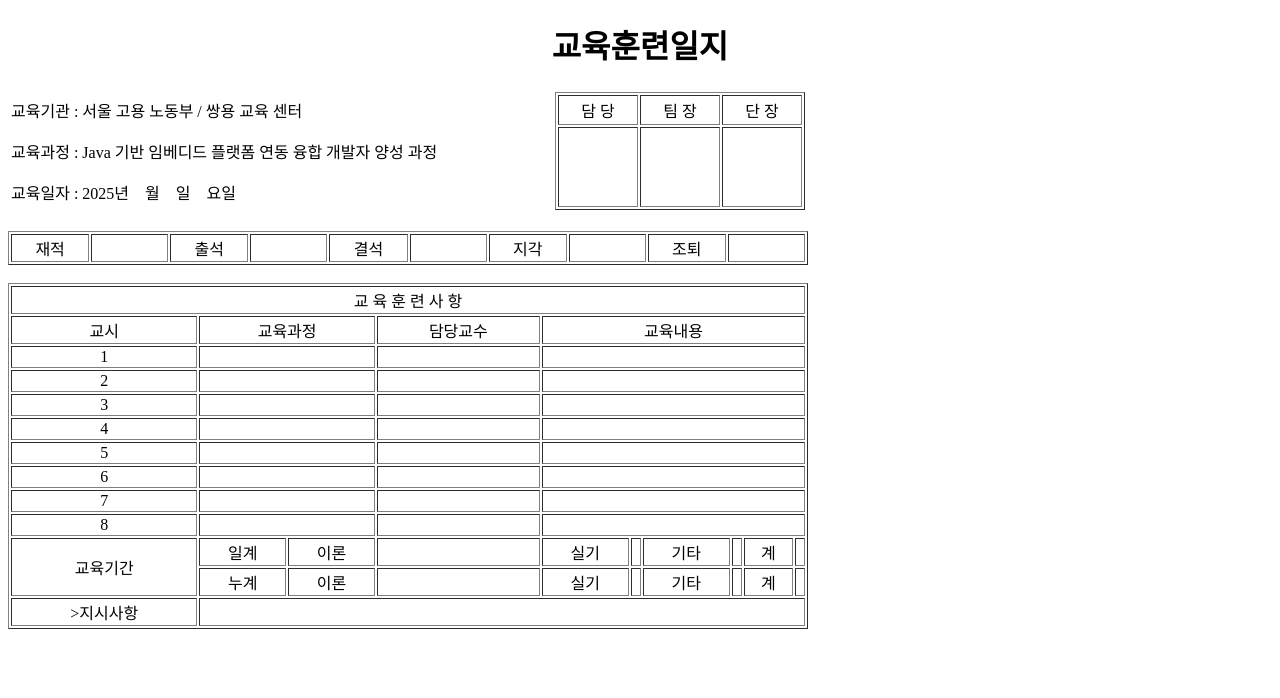
Repository: dnjs0/HCJ
Page: ClientTest/src/main/webapp/html/q12.html
The author's editor kept a copy of each file at every save. The page is drawn from the files as they stood at one save, then again after the next save.
The browser window is 1280 px wide. The pictures show the whole page.

Above is the page before, as saved 2025-02-12 08:27:35.

### ClientTest/src/main/webapp/html/q12.html
<!DOCTYPE html>
<html lang="ko">
<head>
	<meta charset="UTF-8">
	<title>Insert title here</title>
</head>
<body >
    <h1 align="center">교육훈련일지</h1>
    <table width = "800">
        <tr>
            <td width = "550">교육기관 : 서울 고용 노동부 / 쌍용 교육 센터</td>
            <td rowspan="3">
                <table border = "1" width = "250" height = "110">
                    <tr height = "30" >
                        <td  align="center">담 당</td>
                        <td  align="center">팀 장</td>
                        <td  align="center">단 장</td>
                    </tr>
                    <tr height = "80">
                        <td></td>
                        <td></td>
                        <td></td>
                    </tr>
                </table>
            </td>
        </tr>
        <tr>
            <td>교육과정 : Java 기반 임베디드 플랫폼 연동 융합 개발자 양성 과정</td>
        </tr>
        <tr>
            <td>교육일자 : 2025년&nbsp;&nbsp;&nbsp;&nbsp;월&nbsp;&nbsp;&nbsp;&nbsp;일&nbsp;&nbsp;&nbsp;&nbsp;요일</td>
        </tr>
    </table>

    <br>

    <table border = "1" width = "800">
        <tr>
            <td align="center" width = "80">재적</td>
            <td align="center" width = "80"></td>
            <td align="center" width = "80">출석</td>
            <td align="center" width = "80"></td>
            <td align="center" width = "80">결석</td>
            <td align="center" width = "80"></td>
            <td align="center" width = "80">지각</td>
            <td align="center" width = "80"></td>
            <td align="center" width = "80">조퇴</td>
            <td align="center" width = "80"></td>
        </tr>
    </table>

    <br>

    <table border = "1" width = "800">
        <tr>
            <td align="center" colspan="10">교 육 훈 련 사 항</td>
        </tr>
        <tr>
            <td align="center">교시</td>
            <td align="center" colspan="2">교육과정</td>
            <td align="center">담당교수</td>
            <td align="center" colspan="6">교육내용</td>
        </tr>
        <tr>
            <td align="center">1</td>
            <td align="center" colspan="2"></td>
            <td align="center"></td>
            <td align="center" colspan="6"></td>
        </tr>
        <tr>
            <td align="center">2</td>
            <td align="center" colspan="2"></td>
            <td align="center"></td>
            <td align="center" colspan="6"></td>
        </tr>
        <tr>
            <td align="center">3</td>
            <td align="center" colspan="2"></td>
            <td align="center"></td>
            <td align="center" colspan="6"></td>
        </tr>
        <tr>
            <td align="center">4</td>
            <td align="center" colspan="2"></td>
            <td align="center"></td>
            <td align="center" colspan="6"></td>
        </tr>
        <tr>
            <td align="center">5</td>
            <td align="center" colspan="2"></td>
            <td align="center"></td>
            <td align="center" colspan="6"></td>
        </tr>
        <tr>
            <td align="center">6</td>
            <td align="center" colspan="2"></td>
            <td align="center"></td>
            <td align="center" colspan="6"></td>
        </tr>
        <tr>
            <td align="center">7</td>
            <td align="center" colspan="2"></td>
            <td align="center"></td>
            <td align="center" colspan="6"></td>
        </tr>
        <tr>
            <td align="center">8</td>
            <td align="center" colspan="2"></td>
            <td align="center"></td>
            <td align="center" colspan="6"></td>
        </tr>
        <tr>
            <td align="center" rowspan="2">교육기간</td>
            <td align="center">일계</td>
            <td align="center">이론</td>
            <td align="center"></td>
            <td align="center">실기</td>
            <td align="center"></td>
            <td align="center">기타</td>
            <td align="center"></td>
            <td align="center">계</td>
            <td align="center"></td>
        </tr>
        <tr>
            <td align="center">누계</td>
            <td align="center">이론</td>
            <td align="center"></td>
            <td align="center">실기</td>
            <td align="center"></td>
            <td align="center">기타</td>
            <td align="center"></td>
            <td align="center">계</td>
            <td align="center"></td>
        </tr>
        <tr>
            <td align="center">>지시사항</td>
            <td align="center" colspan="9"></td>
        </tr>
    </table>

</body>
</html>

After the next save:
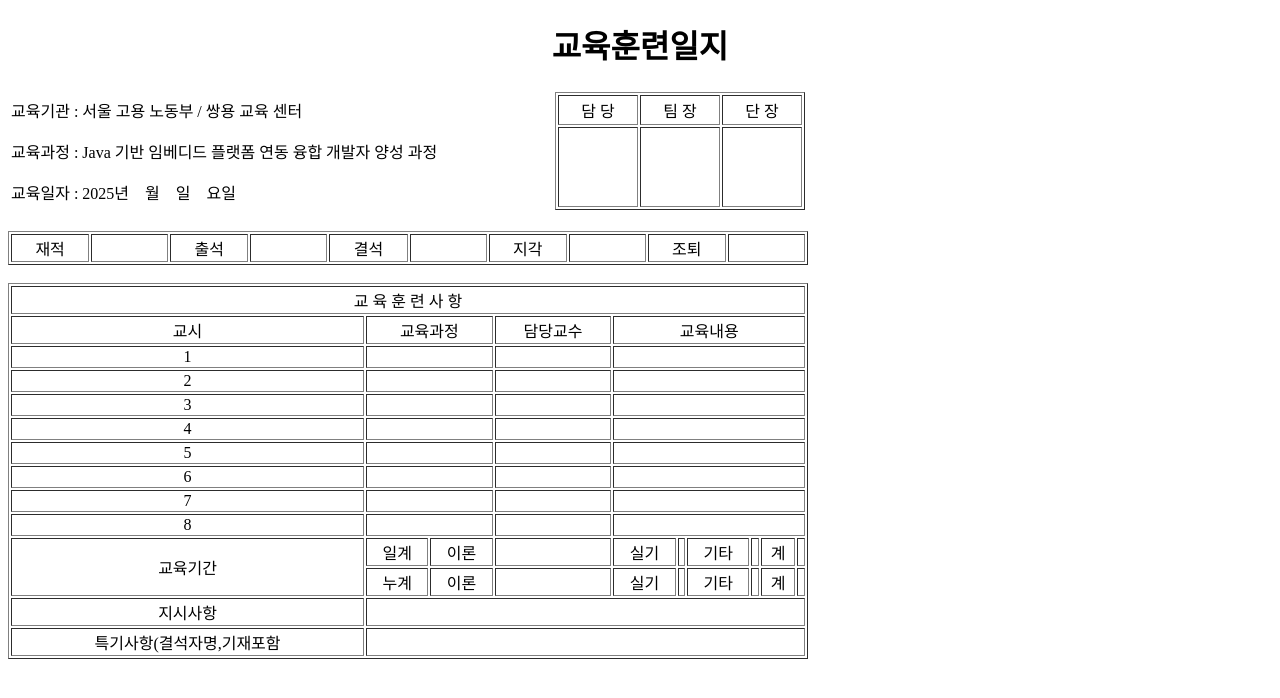
Saved 28 s later.
--- a/ClientTest/src/main/webapp/html/q12.html
+++ b/ClientTest/src/main/webapp/html/q12.html
@@ -133,10 +133,15 @@
             <td align="center"></td>
         </tr>
         <tr>
-            <td align="center">>지시사항</td>
+            <td align="center">지시사항</td>
+            <td align="center" colspan="9"></td>
+        </tr>
+        <tr>
+            <td align="center">특기사항(결석자명,기재포함</td>
             <td align="center" colspan="9"></td>
         </tr>
     </table>
+    <br>
 
 </body>
 </html>
